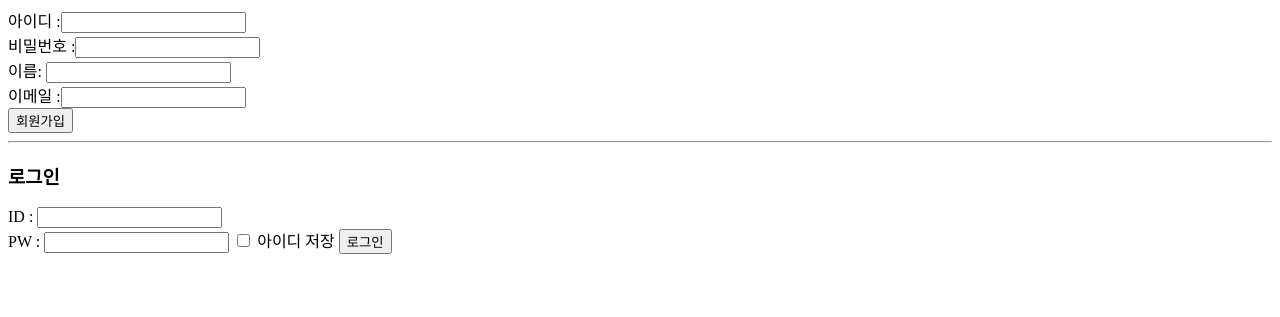
Repository: Seenee-Shin/servlet-jsp
Page: ServletProject3/src/main/webapp/index.html
The author's editor kept a copy of each file at every save. The page is drawn from the files as they stood at one save, then again after the next save.
The browser window is 1280 px wide. The pictures show the whole page.

Above is the page before, as saved 2021-11-26 06:23:36.

After the next save:
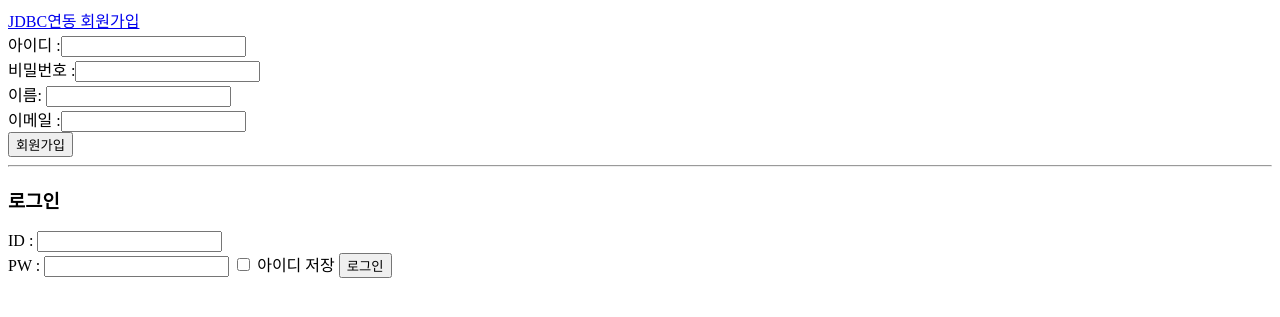
Saved 7 min 33 s later.
--- a/ServletProject3/src/main/webapp/index.html
+++ b/ServletProject3/src/main/webapp/index.html
@@ -6,6 +6,8 @@
   <title>SevletProject3</title>
 </head>
 <body>
+  <a href="signUp.html">JDBC연동 회원가입</a>
+
   <form action="/ServletProject3/signUp" method="post">
     아이디 :<input type="text" name="memberId">
     <br>
@@ -16,7 +18,7 @@
     이메일 :<input type="email" name="memberEmail">
     <br>
     <button>회원가입</button>
-	</form>
+  </form>
 
     <hr>
     <h3>로그인</h3>
